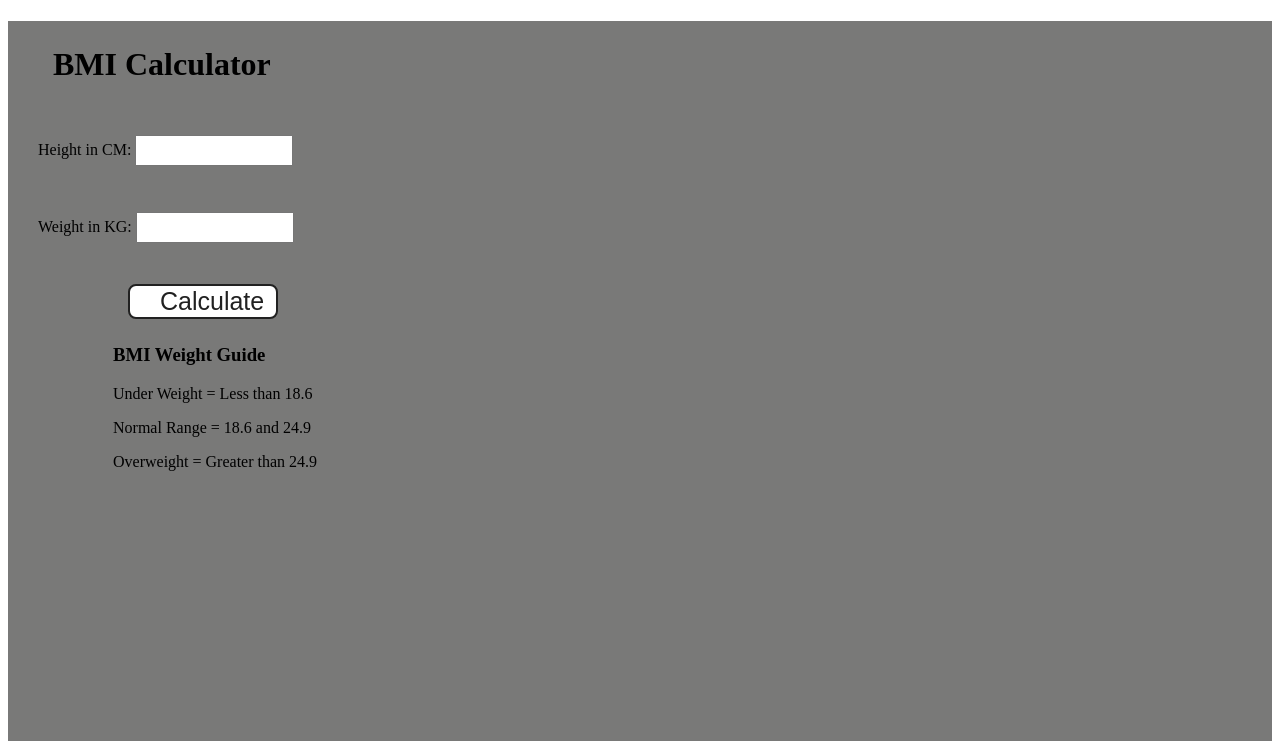
Repository: VishwaGoswami1407/JavaScript-Practice
Page: 07_projects/project2.html
These files come from the project's save history. The page is drawn as it stood at one moment and after the next save; the edit follows.
The browser window is 1280 px wide. The pictures show the whole page.

Above is the page before, as saved 2024-07-07 18:54:16.

After the next save:
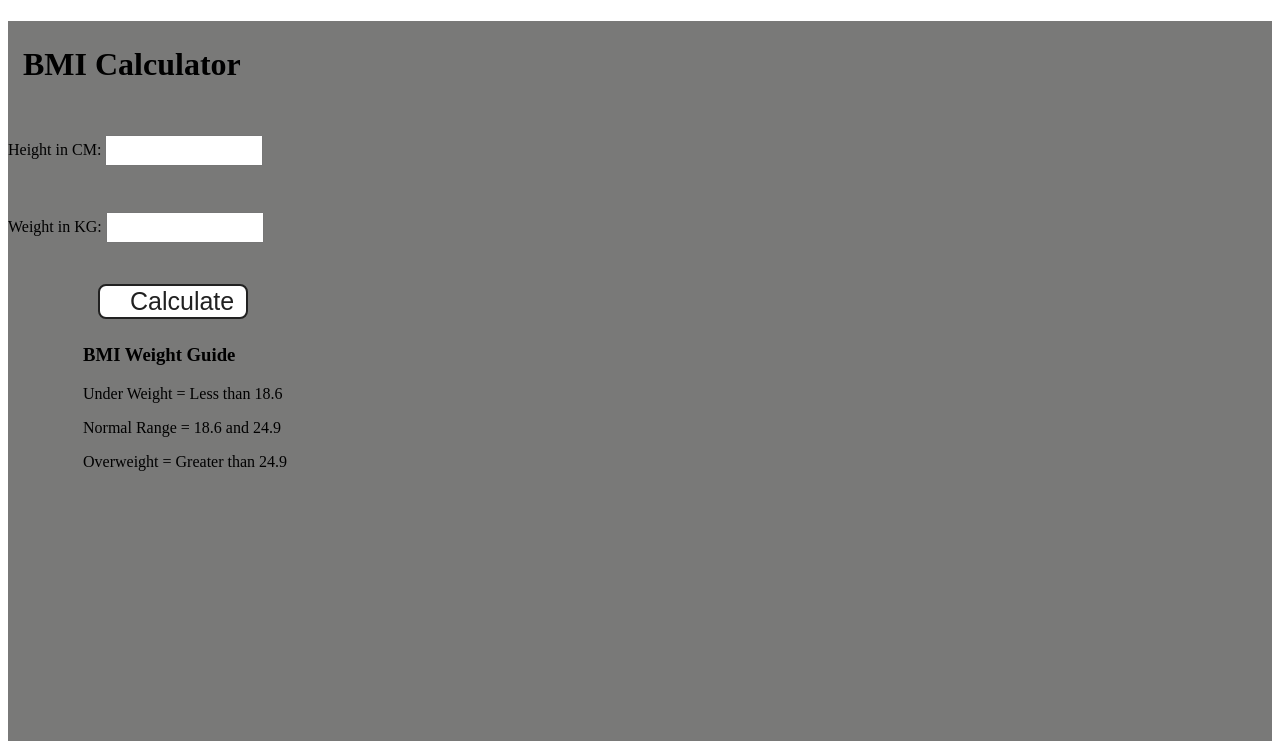
Saved 11 s later.
--- a/07_projects/style2.css
+++ b/07_projects/style2.css
@@ -3,7 +3,7 @@
     height: 100vh;
 
     background-color: #797978;
-    padding-left: 30px;
+
   }
   #height,
   #weight {

After the save that followed:
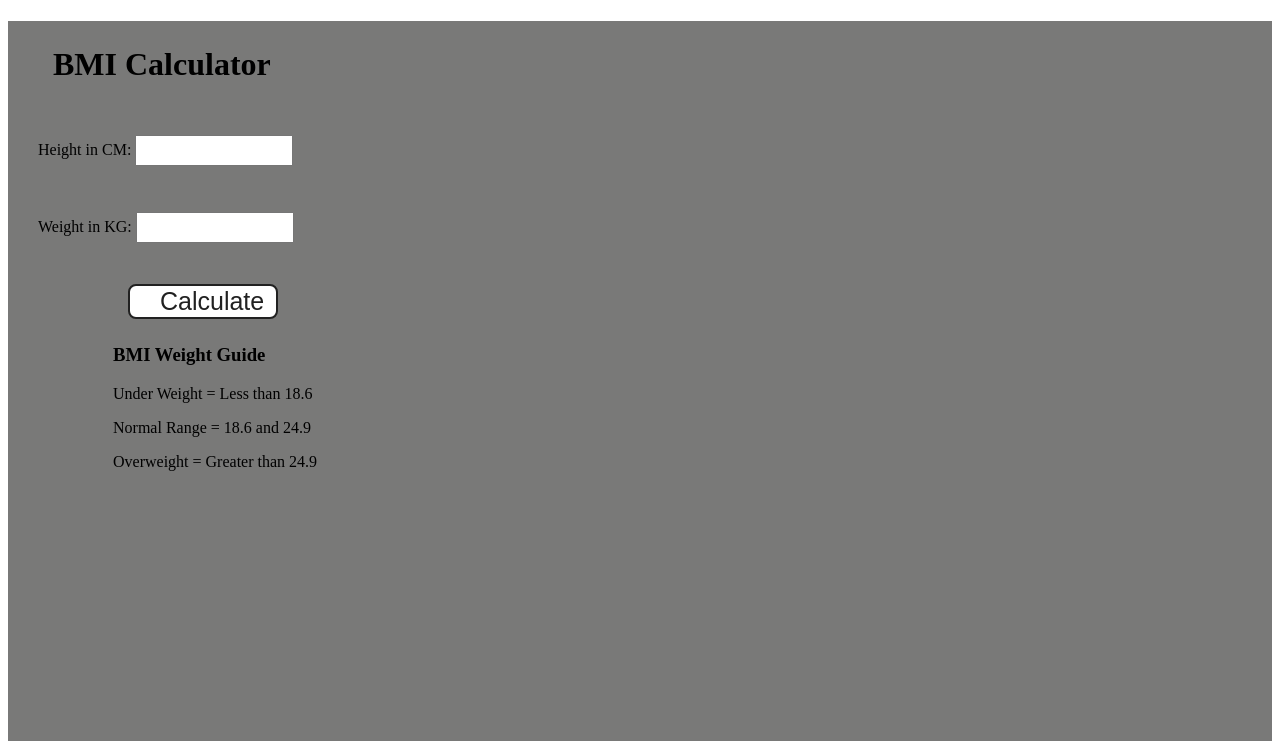
Saved 6 s later.
--- a/07_projects/style2.css
+++ b/07_projects/style2.css
@@ -3,7 +3,7 @@
     height: 100vh;
 
     background-color: #797978;
-
+    padding-left: 30px;
   }
   #height,
   #weight {
